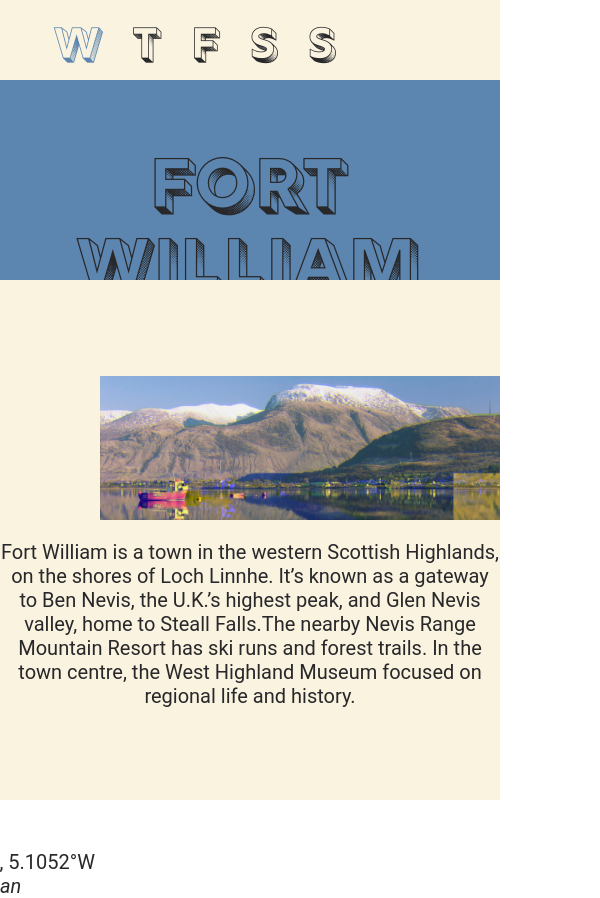
Repository: etak-yram/FINAL-CFG-WEB-DEV
Page: wednesday.html
The author's editor kept a copy of each file at every save. The page is drawn from the files as they stood at one save, then again after the next save.
The browser window is 375 px wide. The page is 500 px wide, then 600 px, then 500 px, so the pictures cover 600 px, including what lies to the right of the window. The pictures show the whole page.

Above is the page before, as saved 2022-07-27 13:40:17.

### wednesday.html
<!DOCTYPE html>
<html lang="en">

<style>
    #menu-item-wed {
    color: #5c86af;
}

    #aside-color-w {
    background-color: #5c86af;
}

    #aside-text-wed {
        font-size: 6em;
    }

    #aside-text-wed {
        font-size: 6em;
    }
</style>

<head>
    <meta charset="UTF-8">
    <meta http-equiv="X-UA-Compatible" content="IE=edge">
    <meta name="viewport" content="width=device-width, initial-scale=1.0">
    <link rel="stylesheet" type="text/css" href="style-main.css"/>

    <title>WED</title>
</head>
<body>
        <aside id="aside-color-w">
            <div class="aside-text-h" id="aside-text-wed">
                <h1>Fort<br>William</h1>
            </div>
        </aside>

        <subtext>
            <p class="sub-text">56.8198° N, 5.1052°W<br><em>An Gearasdan</em></p>
        </subtext>

        <header>
            <ul class="navbar">
                <li><a href="/wednesday.html" id="menu-item-wed" class="menu-item">Wed</a></li>
                <li><a href="/thursday.html" id="menu-item-thu" class="menu-item">Thu</a></li>
                <li><a href="/friday.html" id="menu-item-fri" class="menu-item">Fri</a></li>
                <li><a href="/saturday.html" id="menu-item-sat" class="menu-item">Sat</a></li>
                <li><a href="/sunday.html" id="menu-item-sun" class="menu-item">Sun</a></li>
            </ul>
        </header>



        <mobile-header>
            <ul class="mobile-navbar">
                <li><a href="/wednesday.html" id="menu-item-wed" class="menu-item">W</a></li>
                <li><a href="/thursday.html" id="menu-item-thu" class="menu-item">T</a></li>
                <li><a href="/friday.html" id="menu-item-fri" class="menu-item">F</a></li>
                <li><a href="/saturday.html" id="menu-item-sat" class="menu-item">S</a></li>
                <li><a href="/sunday.html" id="menu-item-sun" class="menu-item">S</a></li>
            </ul>
        </mobile-header>



        <main-img>
            <div>
                <img class="home-image" src="/images/Fort William.png">
            </div>
        </main-img>

        <main><p>Fort William is a town in the western Scottish Highlands, on the shores of Loch Linnhe. It’s known as a gateway to Ben Nevis, the U.K.’s highest peak, and Glen Nevis valley, home to Steall Falls.The nearby Nevis Range Mountain Resort has ski runs and forest trails. In the town centre, the West Highland Museum focused on regional life and history.<br><br>
        We will travel through the stunning Glencoe on the way - It's going to be magical ♡</p></main>

        <footer></footer>

        <rightside></rightside>

</html>

### style-main.css
@font-face {
  font-family: halftone;
  src: url("/fonts/MyFontsWebfontsKit/webFonts/RigBoldHalftone/font.woff");
}
@import url('https://fonts.googleapis.com/css2?family=Roboto:wght@100&display=swap');
/* font-family: 'Roboto', sans-serif; */

body, html {
  height: 100vh;
}


body {
  margin: 0;
  display: grid;
  grid-template-columns: 21% 15% 20% 30% 21% ;
  grid-template-rows: 10% auto auto 10%;
  grid-template-areas:
    "sidebar subtext header header aside"
    "sidebar subtext main-img main-img aside"
    "sidebar subtext main main aside"
    "sidebar footer footer footer aside";
}


/* right sidebar */

rightside {
  grid-area: aside;
  background-color:#faf3e0;
}

/* sidebar */
aside {
  grid-area: sidebar;
}

.aside-text-h {
  transform: rotate(-90deg);
  transform-origin:bottom right;
  padding-top: 100px;
}

.aside-text-h h1 {
  font-family: halftone;
  color: #28282B;
  line-height: 130px;
}

/* subtext */

subtext {
  grid-area: subtext;
  background-color:#faf3e0;
}

.sub-text {
  font-family: 'Roboto', sans-serif;
  color:#28282B;
  font-size: 25px;
  transform: rotate(-90deg);
  transform-origin:bottom;
  padding-top: 550px;
  margin-left: -100px;
}


/* navbar */



header {
  grid-area: header;
  background-color:#faf3e0;
}


.navbar {
  display: flex;
  list-style: none;
  justify-content: center;
  justify-items: center;

}

.navbar a {
  font-family: halftone;
  text-decoration: none;
  color: #28282B;
  font-size: 4rem;
  padding: 20px;
}

#menu-item-wed:hover {
	color: #5c86af;
}
#menu-item-thu:hover {
	color: #ff914d;
}
#menu-item-fri:hover {
	color: #ffde59;
}
#menu-item-sat:hover {
	color: #03989e;
}
#menu-item-sun:hover {
	color: #b071c2;
}

/* main image  */

main-img {
  grid-area: main-img;
  background-color:#faf3e0;
  display: flex;
  align-items: center;
  padding-left: 100px;
  padding-top: 100px;
}

.home-image {
  width: 800px;
}


/* paragraph of info */
main {
  grid-area: main;
  background-color: #faf3e0;
  text-align: center;
}

main p {
  font-family: 'Roboto', sans-serif;
  color:#28282B;
  font-size: 20px;
}


/* footer */
footer {
  grid-area: footer;
  background-color:#faf3e0;
}





























/* Media Queries */

/* Extra small devices (phones, 600px and down) */
@media only screen and (max-width: 600px) {

  body {
    max-width: 600px;
    margin: 0;
    display: grid;
    grid-template-columns: 1fr;
    grid-template-rows: 10% 25% 10% 20% 25% 10%;
    grid-template-areas:
      "header"
      "sidebar"
      "subtext"
      "main-img"
      "main"
      "footer";
  }

  header {
    display: none;
    padding: none;
  }

  mobile-header {
    grid-area: header;
    background-color:#faf3e0;
  }


  .mobile-navbar {
    display: flex;
    list-style: none;

  }

  .mobile-navbar a {
    font-family: halftone;
    text-decoration: none;
    color: #28282B;
    font-size: 3rem;
    padding: 15px;

  }


/* sidebar */
aside {
  grid-area: sidebar;
  display: flex;
  justify-content: center;
  align-items: center;
  text-align: center;
}


.aside-text-h h1 {
  font-family: halftone;
  color: #28282B;
  font-size: .8em;
  line-height: 80px;
}


.aside-text-h {
  transform: none;
  transform-origin: none;
}


/* subtext */

subtext {
  grid-area: subtext;
  background-color:#faf3e0;
}

.sub-text {
  font-family: 'Roboto', sans-serif;
  color:#28282B;
  font-size: 20px;
  transform: none;
}





/* main image  */

main-img {
  grid-area: main-img;
  background-color:#faf3e0;
  display: flex;
  align-items: center;
}

.home-image {
  width: 400px;
}


/* paragraph of info */
main {
  grid-area: main;
  background-color: #faf3e0;
  text-align: center;
}

main p {
  font-family: 'Roboto', sans-serif;
  color:#28282B;
  font-size: 20px;
}


/* footer */
footer {
  grid-area: footer;
  background-color:#faf3e0;
}


  }

/* Small devices (portrait tablets and large phones, 600px and up) */
@media only screen and (min-width: 600px) {}
/* Medium devices (landscape tablets, 768px and up) */
@media only screen and (min-width: 768px) {}

/* Large devices (laptops/desktops, 992px and up) */
@media only screen and (min-width: 992px) {
  mobile-header {
    display: none;
  }
}

/* Extra large devices (large laptops and desktops, 1200px and up) */
@media only screen and (min-width: 1200px) {
  mobile-header {
    display: none;
  }
}

After the next save:
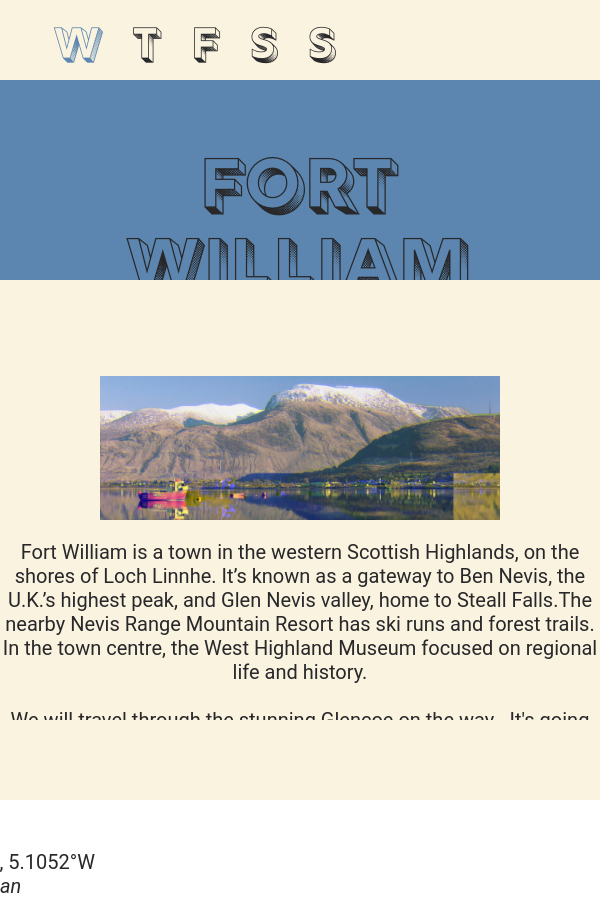
Saved 11 s later.
--- a/style-main.css
+++ b/style-main.css
@@ -177,10 +177,9 @@
 @media only screen and (max-width: 600px) {
 
   body {
-    max-width: 600px;
     margin: 0;
     display: grid;
-    grid-template-columns: 1fr;
+    grid-template-columns: 600px;;
     grid-template-rows: 10% 25% 10% 20% 25% 10%;
     grid-template-areas:
       "header"

After the save that followed:
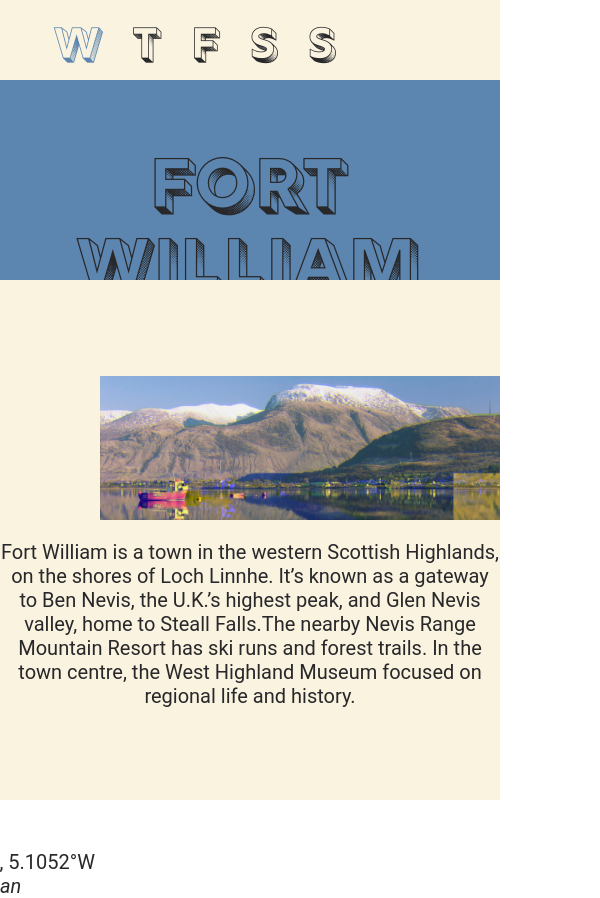
Saved 4 s later.
--- a/style-main.css
+++ b/style-main.css
@@ -179,7 +179,7 @@
   body {
     margin: 0;
     display: grid;
-    grid-template-columns: 600px;;
+    grid-template-columns: 1fr;
     grid-template-rows: 10% 25% 10% 20% 25% 10%;
     grid-template-areas:
       "header"
